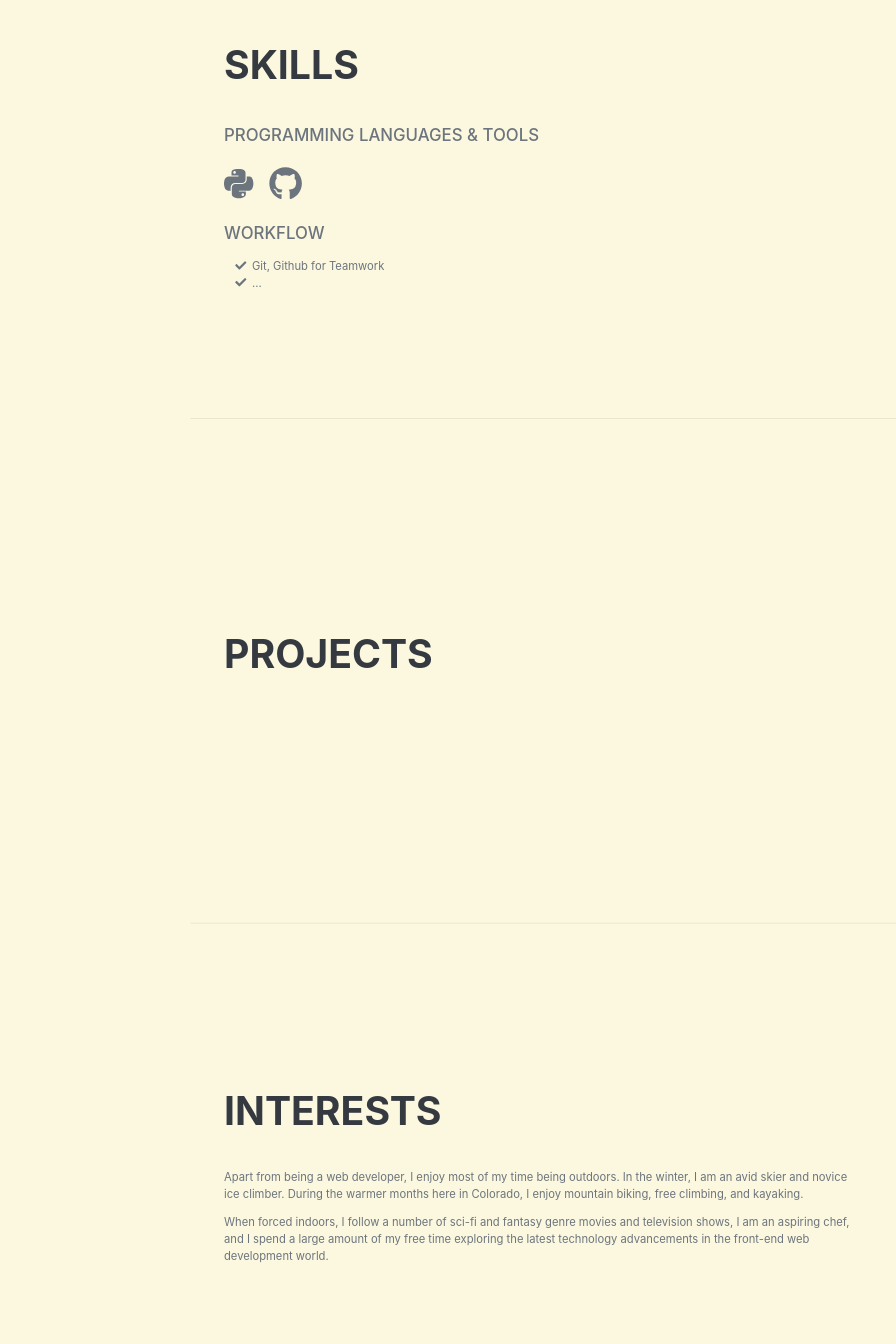
Repository: nguyenlcc/Online-CV
Page: index.html
These files come from the project's save history. The page is drawn as it stood at one moment and after the next save; the edit follows.
The browser window is 1280 px wide. The pictures show the part of the page from y = 2376 to 4296 px (the page is 5136 px tall), at 70% of full size.
Some web fonts or font styles are not loaded; a fallback is used. Some web libraries are served in a nearby version.

Above is the page before, as saved 2022-05-23 01:54:02.

After the next save:
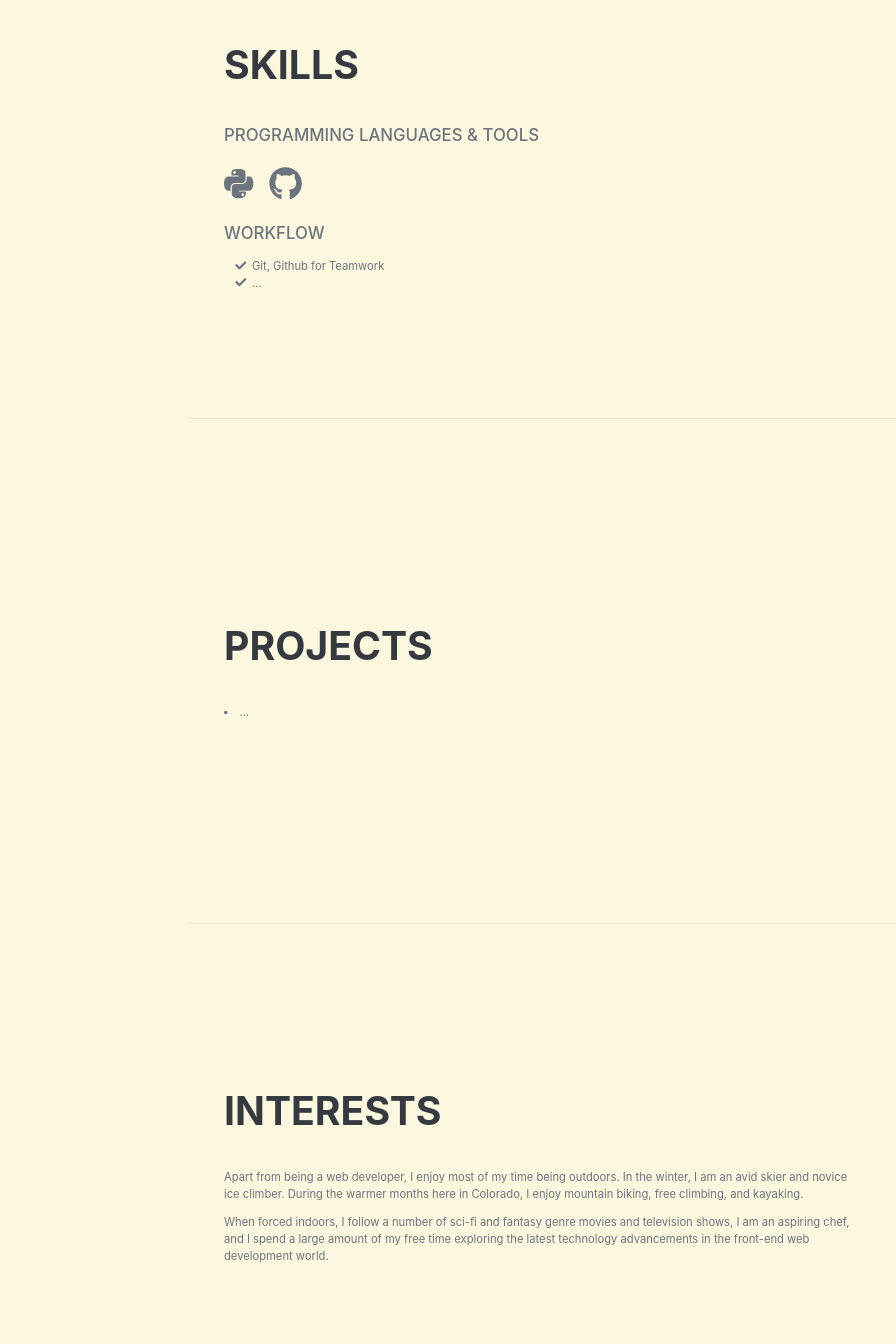
Saved 63 s later.
--- a/index.html
+++ b/index.html
@@ -221,6 +221,7 @@
       <section class="resume-section" id="projects">
         <div class="resume-section-content">
           <h2 class="mb-5">Projects</h2>
+          <li>...</li>
           <!-- <div class="subheading mb-3">Programming Languages & Tools</div>
           <ul class="list-inline dev-icons">
             <li class="list-inline-item"><i class="fab fa-python"></i></li>
